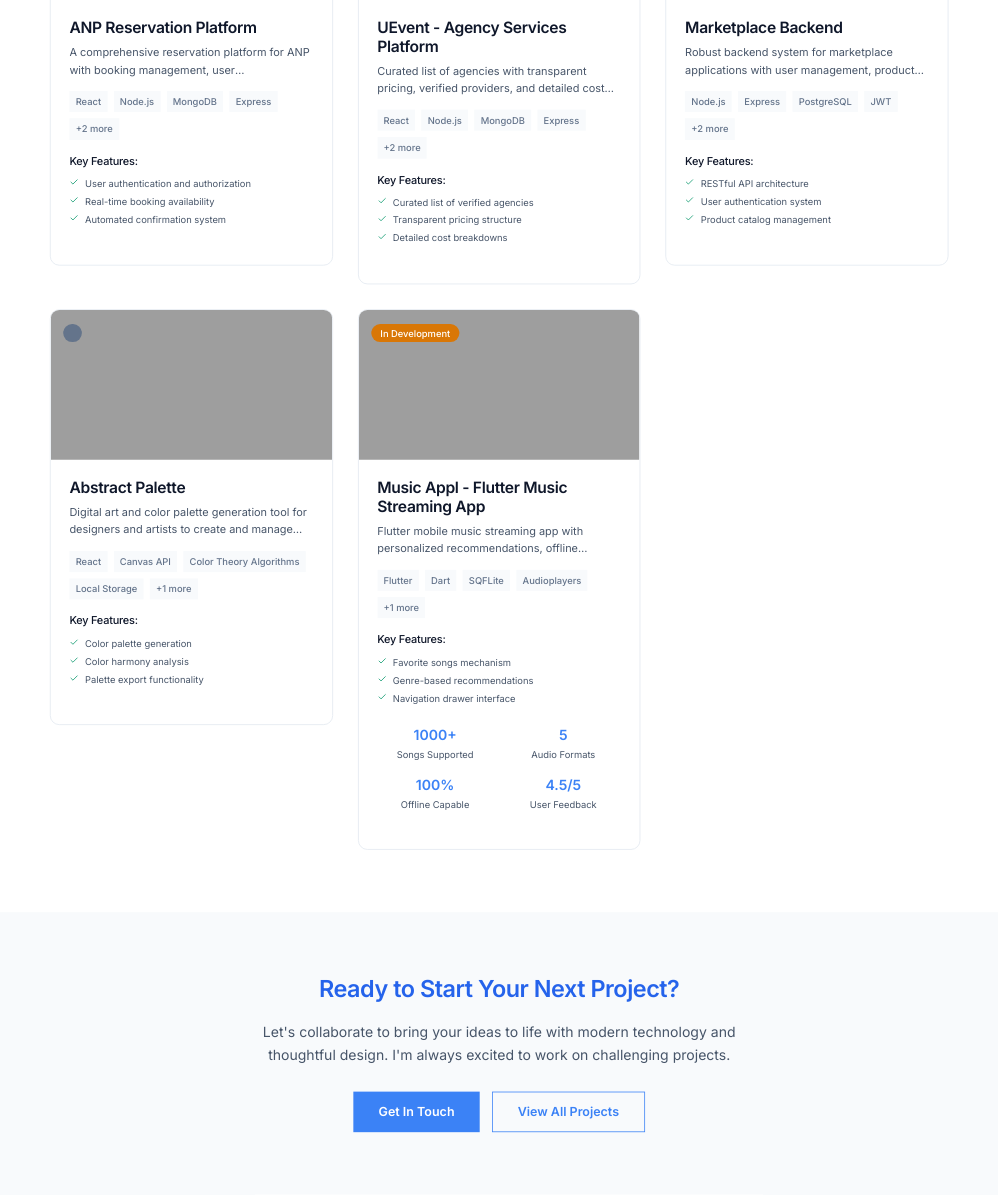
Repository: ayaaas/portflio_aya
Page: /projects-curated-case-studies
The author's editor kept a copy of each file at every save. The page is drawn from the files as they stood at one save, then again after the next save.
The browser window is 1280 px wide. The pictures show the part of the page from y = 879 to 2411 px (the page is 2411 px tall before and 2275 px after), at 78% of full size.
Pictures or frames that could not be fetched are drawn as grey boxes. The project was rebuilt for these pictures with package versions that can differ from the ones it lists, and the page was loaded fresh each time. Also part of the build but not shown: vite.config.mjs, src/components/ErrorBoundary.jsx, src/pages/hero-section-developer-portfolio/components/ProfileImage.jsx, src/pages/hero-section-developer-portfolio/components/AnimatedText.jsx, src/pages/hero-section-developer-portfolio/components/HeroContent.jsx, src/pages/hero-section-developer-portfolio/components/BackgroundPattern.jsx, src/pages/hero-section-developer-portfolio/components/ScrollIndicator.jsx, src/pages/hero-section-developer-portfolio/index.jsx and 24 more.

Above is the page before, as saved 2025-07-19 00:01:45.

### index.html
<!doctype html>
<html lang="en">

<head>
  <meta charset="utf-8" />
  <title>anam-aya-portfolio</title>
  <meta name="viewport" content="width=device-width, initial-scale=1.0" />
  <meta name="theme-color" content="#000000" />
  <meta name="description" content="Web site created using create-react-app" />
  <link rel="icon" href="/favicon.ico" />
  <link rel="manifest" href="/manifest.json" />
<script type="module" src="https://static.rocket.new/rocket-web.js?_cfg=https%3A%2F%2Fanamayap2173back.builtwithrocket.new&_be=https%3A%2F%2Fapplication.rocket.new&_v=0.1.6"></script>
</head>

<body>
  <noscript>You need to enable JavaScript to run this app.</noscript>
  <div class="dhiwise-code" id="root"></div>
  <script type="module" src="/src/index.jsx"></script>
</body>

</html>

### src/Routes.jsx
import React from "react";
import { BrowserRouter, Routes as RouterRoutes, Route } from "react-router-dom";
import ScrollToTop from "components/ScrollToTop";
import ErrorBoundary from "components/ErrorBoundary";
// Add your imports here
import HeroSectionDeveloperPortfolio from "pages/hero-section-developer-portfolio";
import AboutMePersonalNarrative from "pages/about-me-personal-narrative";
import ToolsProfessionalWorkflowDisplay from "pages/tools-professional-workflow-display";
import ContactCommunicationPortal from "pages/contact-communication-portal";
import TechnologiesInteractiveStackShowcase from "pages/technologies-interactive-stack-showcase";
import ProjectsCuratedCaseStudies from "pages/projects-curated-case-studies";
import NotFound from "pages/NotFound";

const Routes = () => {
  return (
    <BrowserRouter>
      <ErrorBoundary>
      <ScrollToTop />
      <RouterRoutes>
        {/* Define your routes here */}
        <Route path="/" element={<HeroSectionDeveloperPortfolio />} />
        <Route path="/hero-section-developer-portfolio" element={<HeroSectionDeveloperPortfolio />} />
        <Route path="/about-me-personal-narrative" element={<AboutMePersonalNarrative />} />
        <Route path="/tools-professional-workflow-display" element={<ToolsProfessionalWorkflowDisplay />} />
        <Route path="/contact-communication-portal" element={<ContactCommunicationPortal />} />
        <Route path="/technologies-interactive-stack-showcase" element={<TechnologiesInteractiveStackShowcase />} />
        <Route path="/projects-curated-case-studies" element={<ProjectsCuratedCaseStudies />} />
        <Route path="*" element={<NotFound />} />
      </RouterRoutes>
      </ErrorBoundary>
    </BrowserRouter>
  );
};

export default Routes;

### src/pages/projects-curated-case-studies/index.jsx
import React, { useState, useEffect } from 'react';
import { motion } from 'framer-motion';
import Header from '../../components/ui/Header';
import ProjectCard from './components/ProjectCard';
import ProjectModal from './components/ProjectModal';
import ProjectFilter from './components/ProjectFilter';
import ProjectStats from './components/ProjectStats';

const ProjectsCuratedCaseStudies = () => {
  const [selectedProject, setSelectedProject] = useState(null);
  const [isModalOpen, setIsModalOpen] = useState(false);
  const [activeCategory, setActiveCategory] = useState('All');
  const [filteredProjects, setFilteredProjects] = useState([]);
  const [currentProjectIndex, setCurrentProjectIndex] = useState(0);

  // Real project data - only 6 projects as per user's actual work
  const projects = [
    {
      id: 1,
      title: "ANP Reservation Platform",
      category: "Web Application",
      description: "A comprehensive reservation platform for ANP with booking management, user authentication, and real-time availability tracking.",
      detailedDescription: "ANP Reservation Platform is a full-stack web application designed to streamline the booking process for ANP services. Features include user authentication, real-time availability checking, booking management, and automated confirmation systems.",
      image: "https://images.unsplash.com/photo-1556742049-0cfed4f6a45d?w=800&h=600&fit=crop",
      additionalImages: [
        "https://images.unsplash.com/photo-1563013544-824ae1b704d3?w=400&h=300&fit=crop",
        "https://images.unsplash.com/photo-1556742111-a301076d9d18?w=400&h=300&fit=crop"
      ],
      technologies: ["React", "Node.js", "MongoDB", "Express", "JWT", "Tailwind CSS"],
      keyFeatures: [
        "User authentication and authorization",
        "Real-time booking availability",
        "Automated confirmation system",
        "Booking management dashboard",
        "Responsive design",
        "Secure payment processing"
      ],


    },
    {
      id: 2,
      title: "UEvent - Agency Services Platform",
      category: "Service Platform",
      description: "Curated list of agencies with transparent pricing, verified providers, and detailed cost breakdowns to avoid hidden fees.",
      detailedDescription: "UEvent is a B2C service platform connecting clients with verified agencies. Features transparent pricing with detailed cost breakdowns, verified provider listings, and a dedicated platform for agencies to showcase their work and attract potential clients.",
      image: "https://images.unsplash.com/photo-1611224923853-80b023f02d71?w=800&h=600&fit=crop",
      additionalImages: [
        "https://images.unsplash.com/photo-1552664730-d307ca884978?w=400&h=300&fit=crop",
        "https://images.unsplash.com/photo-1460925895917-afdab827c52f?w=400&h=300&fit=crop"
      ],
      technologies: ["React", "Node.js", "MongoDB", "Express", "Stripe", "Tailwind CSS"],
      keyFeatures: [
        "Curated list of verified agencies",
        "Transparent pricing structure",
        "Detailed cost breakdowns",
        "Agency portfolio showcase",
        "Client review system",
        "Secure payment processing",
        "Enhanced client acquisition tools",
        "Reputation management system"
      ],


    },
    {
      id: 3,
      title: "Marketplace Backend",
      category: "Backend System",
      description: "Robust backend system for marketplace applications with user management, product catalog, and order processing capabilities.",
      detailedDescription: "A comprehensive backend system designed for marketplace applications. Features include user authentication, product management, order processing, payment integration, and real-time notifications.",
      image: "https://images.unsplash.com/photo-1611162617474-5b21e879e113?w=800&h=600&fit=crop",
      additionalImages: [
        "https://images.unsplash.com/photo-1522202176988-66273c2fd55f?w=400&h=300&fit=crop",
        "https://images.unsplash.com/photo-1573164713714-d95e436ab8d6?w=400&h=300&fit=crop"
      ],
      technologies: ["Node.js", "Express", "PostgreSQL", "JWT", "Stripe API", "Socket.io"],
      keyFeatures: [
        "RESTful API architecture",
        "User authentication system",
        "Product catalog management",
        "Order processing system",
        "Payment integration",
        "Real-time notifications",
        "Database optimization",
        "Security middleware"
      ],

    },
    {
      id: 4,
      title: "Abstract Palette",
      category: "Creative Tool",
      description: "Digital art and color palette generation tool for designers and artists to create and manage color schemes.",
      detailedDescription: "Abstract Palette is a creative tool designed for digital artists and designers. It provides advanced color palette generation, color harmony analysis, and palette management features.",
      image: "https://images.unsplash.com/photo-1554224155-6726b3ff858f?w=800&h=600&fit=crop",
      additionalImages: [
        "https://images.unsplash.com/photo-1579621970563-ebec7560ff3e?w=400&h=300&fit=crop",
        "https://images.unsplash.com/photo-1551288049-bebda4e38f71?w=400&h=300&fit=crop"
      ],
      technologies: ["React", "Canvas API", "Color Theory Algorithms", "Local Storage", "CSS3"],
      keyFeatures: [
        "Color palette generation",
        "Color harmony analysis",
        "Palette export functionality",
        "Color accessibility checker",
        "Gradient generator",
        "Color picker tools",
        "Save and organize palettes",
        "Mobile-responsive design"
      ],

    },

    {
      id: 6,
      title: "Music Appl - Flutter Music Streaming App",
      category: "Mobile App",
      description: "Flutter mobile music streaming app with personalized recommendations, offline storage, and seamless audio playback.",
      detailedDescription: "Music Appl is a Flutter mobile music streaming app designed for personalized listening experiences. Features include favorite mechanism, recommendation system based on genres, navigation drawer, light/dark themes, SQFLite for offline storage, and audioplayers for seamless playback.",
      image: "https://images.unsplash.com/photo-1493225457124-a3eb161ffa5f?w=800&h=600&fit=crop",
      additionalImages: [
        "https://images.unsplash.com/photo-1514320291840-2e0a9bf2a9ae?w=400&h=300&fit=crop",
        "https://images.unsplash.com/photo-1487180144351-b8472da7d491?w=400&h=300&fit=crop"
      ],
      technologies: ["Flutter", "Dart", "SQFLite", "Audioplayers", "Material Design"],
      keyFeatures: [
        "Favorite songs mechanism",
        "Genre-based recommendations",
        "Navigation drawer interface",
        "Light and dark themes",
        "Offline music storage with SQFLite",
        "Seamless audio playback",
        "Play, pause, stop controls",
        "Background audio playback",
        "Multiple audio format support",
        "Playlist creation (in development)",
        "User login system (planned)",
        "Social sharing (planned)"
      ],
      status: "In Development",
      metrics: [
        { value: "1000+", label: "Songs Supported" },
        { value: "5", label: "Audio Formats" },
        { value: "100%", label: "Offline Capable" },
        { value: "4.5/5", label: "User Feedback" }
      ]
    }
  ];

  // Project statistics - updated to reflect actual 6 projects
  const projectStats = [
    { icon: "Code", value: "6", label: "Projects Completed" },
    { icon: "Clock", value: "2", label: "Years Experience" }


  ];

  // Get unique categories
  const categories = [...new Set(projects.map(project => project.category))];

  // Filter projects based on active category
  useEffect(() => {
    if (activeCategory === 'All') {
      setFilteredProjects(projects);
    } else {
      setFilteredProjects(projects.filter(project => project.category === activeCategory));
    }
  }, [activeCategory]);

  // Auto-scroll projects every 30 seconds
  useEffect(() => {
    const interval = setInterval(() => {
      setCurrentProjectIndex((prevIndex) => (prevIndex + 1) % projects.length);
    }, 30000);

    return () => clearInterval(interval);
  }, [projects.length]);

  const handleViewDetails = (project) => {
    setSelectedProject(project);
    setIsModalOpen(true);
  };

  const handleCloseModal = () => {
    setIsModalOpen(false);
    setSelectedProject(null);
  };

  const handleCategoryChange = (category) => {
    setActiveCategory(category);
  };

  return (
    <div className="min-h-screen bg-background">
      <Header />

      {/* Hero Section */}
      <section className="pt-24 pb-16 px-6 lg:px-8">
        <div className="max-w-6xl mx-auto text-center">
          <motion.div
            initial={{ opacity: 0, y: 30 }}
            animate={{ opacity: 1, y: 0 }}
            transition={{ duration: 0.8 }}
          >
            <h1 className="text-4xl md:text-5xl font-bold text-blue-600 mb-6">
              Curated Case Studies
            </h1>
            <p className="text-xl text-text-secondary max-w-3xl mx-auto leading-relaxed">
              Explore my portfolio of 6 real applications that demonstrate technical expertise,
              problem-solving capabilities, and real-world impact across diverse domains.
            </p>
          </motion.div>
        </div>
      </section>

      {/* Project Statistics */}
      <section className="pb-16 px-6 lg:px-8">
        <div className="max-w-6xl mx-auto">
          <motion.div
            initial={{ opacity: 0, y: 30 }}
            animate={{ opacity: 1, y: 0 }}
            transition={{ duration: 0.8, delay: 0.2 }}
          >
            <ProjectStats stats={projectStats} />
          </motion.div>
        </div>
      </section>

      {/* Project Filter */}
      <section className="pb-8 px-6 lg:px-8">
        <div className="max-w-6xl mx-auto">
          <motion.div
            initial={{ opacity: 0, y: 30 }}
            animate={{ opacity: 1, y: 0 }}
            transition={{ duration: 0.8, delay: 0.4 }}
          >
            <ProjectFilter
              categories={categories}
              activeCategory={activeCategory}
              onCategoryChange={handleCategoryChange}
            />
          </motion.div>
        </div>
      </section>

      {/* Projects Grid */}
      <section className="pb-20 px-6 lg:px-8">
        <div className="max-w-6xl mx-auto">
          <motion.div
            initial={{ opacity: 0 }}
            animate={{ opacity: 1 }}
            transition={{ duration: 0.8, delay: 0.6 }}
            className="grid grid-cols-1 md:grid-cols-2 lg:grid-cols-3 gap-8"
          >
            {filteredProjects.map((project, index) => (
              <motion.div
                key={project.id}
                initial={{ opacity: 0, y: 30 }}
                animate={{ opacity: 1, y: 0 }}
                transition={{ duration: 0.6, delay: index * 0.1 }}
              >
                <ProjectCard
                  project={project}
                  onViewDetails={handleViewDetails}
                />
              </motion.div>
            ))}
          </motion.div>
        </div>
      </section>

      {/* Call to Action */}
      <section className="py-20 px-6 lg:px-8 bg-muted">
        <div className="max-w-4xl mx-auto text-center">
          <motion.div
            initial={{ opacity: 0, y: 30 }}
            animate={{ opacity: 1, y: 0 }}
            transition={{ duration: 0.8 }}
          >
            <h2 className="text-3xl font-bold text-blue-600 mb-6">
              Ready to Start Your Next Project?
            </h2>
            <p className="text-lg text-text-secondary mb-8 max-w-2xl mx-auto">
              Let's collaborate to bring your ideas to life with modern technology
              and thoughtful design. I'm always excited to work on challenging projects.
            </p>
            <div className="flex flex-col sm:flex-row gap-4 justify-center">
              <button
                onClick={() => window.location.href = '/contact-communication-portal'}
                className="px-8 py-3 bg-accent text-accent-foreground rounded-lg font-semibold hover-lift transition-all-300 flex items-center justify-center space-x-2"
              >
                <span>Get In Touch</span>
              </button>
              <button
                onClick={() => window.open('https://github.com/anamaya', '_blank')}
                className="px-8 py-3 border border-accent text-accent rounded-lg font-semibold hover-lift transition-all-300 flex items-center justify-center space-x-2"
              >
                <span>View All Projects</span>
              </button>
            </div>
          </motion.div>
        </div>
      </section>

      {/* Project Modal */}
      <ProjectModal
        project={selectedProject}
        isOpen={isModalOpen}
        onClose={handleCloseModal}
      />
    </div>
  );
};

export default ProjectsCuratedCaseStudies;

### src/components/ui/Button.jsx
import React from 'react';
import { Slot } from "@radix-ui/react-slot";
import { cva } from "class-variance-authority";
import { cn } from "../../utils/cn";
import Icon from '../AppIcon';

const buttonVariants = cva(
    "inline-flex items-center justify-center whitespace-nowrap rounded-md text-sm font-medium ring-offset-background transition-colors focus-visible:outline-none focus-visible:ring-2 focus-visible:ring-ring focus-visible:ring-offset-2 disabled:pointer-events-none disabled:opacity-50",
    {
        variants: {
            variant: {
                default: "bg-primary text-primary-foreground hover:bg-primary/90",
                destructive: "bg-destructive text-destructive-foreground hover:bg-destructive/90",
                outline: "border border-input hover:bg-accent hover:text-accent-foreground",
                secondary: "bg-secondary text-secondary-foreground hover:bg-secondary/80",
                ghost: "hover:bg-accent hover:text-accent-foreground",
                link: "text-primary underline-offset-4 hover:underline",
                success: "bg-success text-success-foreground hover:bg-success/90",
                warning: "bg-warning text-warning-foreground hover:bg-warning/90",
                danger: "bg-error text-error-foreground hover:bg-error/90",
            },
            size: {
                default: "h-10 px-4 py-2",
                sm: "h-9 rounded-md px-3",
                lg: "h-11 rounded-md px-8",
                icon: "h-10 w-10",
                xs: "h-8 rounded-md px-2 text-xs",
                xl: "h-12 rounded-md px-10 text-base",
            },
        },
        defaultVariants: {
            variant: "default",
            size: "default",
        },
    }
);

const Button = React.forwardRef(({
    className,
    variant,
    size,
    asChild = false,
    children,
    loading = false,
    iconName = null,
    iconPosition = 'left',
    iconSize = null,
    fullWidth = false,
    disabled = false,
    ...props
}, ref) => {
    const Comp = asChild ? Slot : "button";

    // Icon size mapping based on button size
    const iconSizeMap = {
        xs: 12,
        sm: 14,
        default: 16,
        lg: 18,
        xl: 20,
        icon: 16,
    };

    const calculatedIconSize = iconSize || iconSizeMap[size] || 16;

    // Loading spinner
    const LoadingSpinner = () => (
        <svg className="animate-spin -ml-1 mr-2 h-4 w-4" fill="none" viewBox="0 0 24 24">
            <circle className="opacity-25" cx="12" cy="12" r="10" stroke="currentColor" strokeWidth="4" />
            <path className="opacity-75" fill="currentColor" d="M4 12a8 8 0 018-8V0C5.373 0 0 5.373 0 12h4zm2 5.291A7.962 7.962 0 014 12H0c0 3.042 1.135 5.824 3 7.938l3-2.647z" />
        </svg>
    );

    // Icon rendering
    const renderIcon = () => {
        if (!iconName) return null;

        return (
            <Icon
                name={iconName}
                size={calculatedIconSize}
                className={cn(
                    children && iconPosition === 'left' && "mr-2",
                    children && iconPosition === 'right' && "ml-2"
                )}
            />
        );
    };

    return (
        <Comp
            className={cn(
                buttonVariants({ variant, size, className }),
                fullWidth && "w-full"
            )}
            ref={ref}
            disabled={disabled || loading}
            {...props}
        >
            {loading && <LoadingSpinner />}
            {iconName && iconPosition === 'left' && renderIcon()}
            {children}
            {iconName && iconPosition === 'right' && renderIcon()}
        </Comp>
    );
});

Button.displayName = "Button";

export default Button;

### src/pages/projects-curated-case-studies/components/ProjectFilter.jsx
import React from 'react';
import Button from '../../../components/ui/Button';

const ProjectFilter = ({ categories, activeCategory, onCategoryChange }) => {
  return (
    <div className="flex flex-wrap gap-2 justify-center mb-12">
      <Button
        variant={activeCategory === 'All' ? 'default' : 'outline'}
        size="sm"
        onClick={() => onCategoryChange('All')}
        className="transition-all-300"
      >
        All Projects
      </Button>
      {categories.map((category) => (
        <Button
          key={category}
          variant={activeCategory === category ? 'default' : 'outline'}
          size="sm"
          onClick={() => onCategoryChange(category)}
          className="transition-all-300"
        >
          {category}
        </Button>
      ))}
    </div>
  );
};

export default ProjectFilter;

### src/pages/projects-curated-case-studies/components/ProjectStats.jsx
import React from 'react';
import Icon from '../../../components/AppIcon';

const ProjectStats = ({ stats }) => {
  return (
    <div className="grid grid-cols-2 md:grid-cols-4 gap-6 mb-16">
      {stats.map((stat, index) => (
        <div key={index} className="text-center">
          <div className="w-16 h-16 bg-accent/10 rounded-full flex items-center justify-center mx-auto mb-4">
            <Icon name={stat.icon} size={24} className="text-accent" />
          </div>
          <div className="text-2xl font-bold text-text-primary mb-1">{stat.value}</div>
          <div className="text-sm text-text-secondary">{stat.label}</div>
        </div>
      ))}
    </div>
  );
};

export default ProjectStats;

Loaded but not shown: src/index.jsx (common file); src/App.jsx (common file); src/styles/tailwind.css (library); src/styles/index.css (common file); src/components/ScrollToTop.jsx (common file); src/components/AppIcon.jsx (common file); src/components/AppImage.jsx (common file); src/utils/cn.js (common file); tailwind.config.js (148 lines, source omitted); src/components/ui/Header.jsx (183 lines, source omitted); src/pages/projects-curated-case-studies/components/ProjectCard.jsx (118 lines, source omitted)

After the next save:
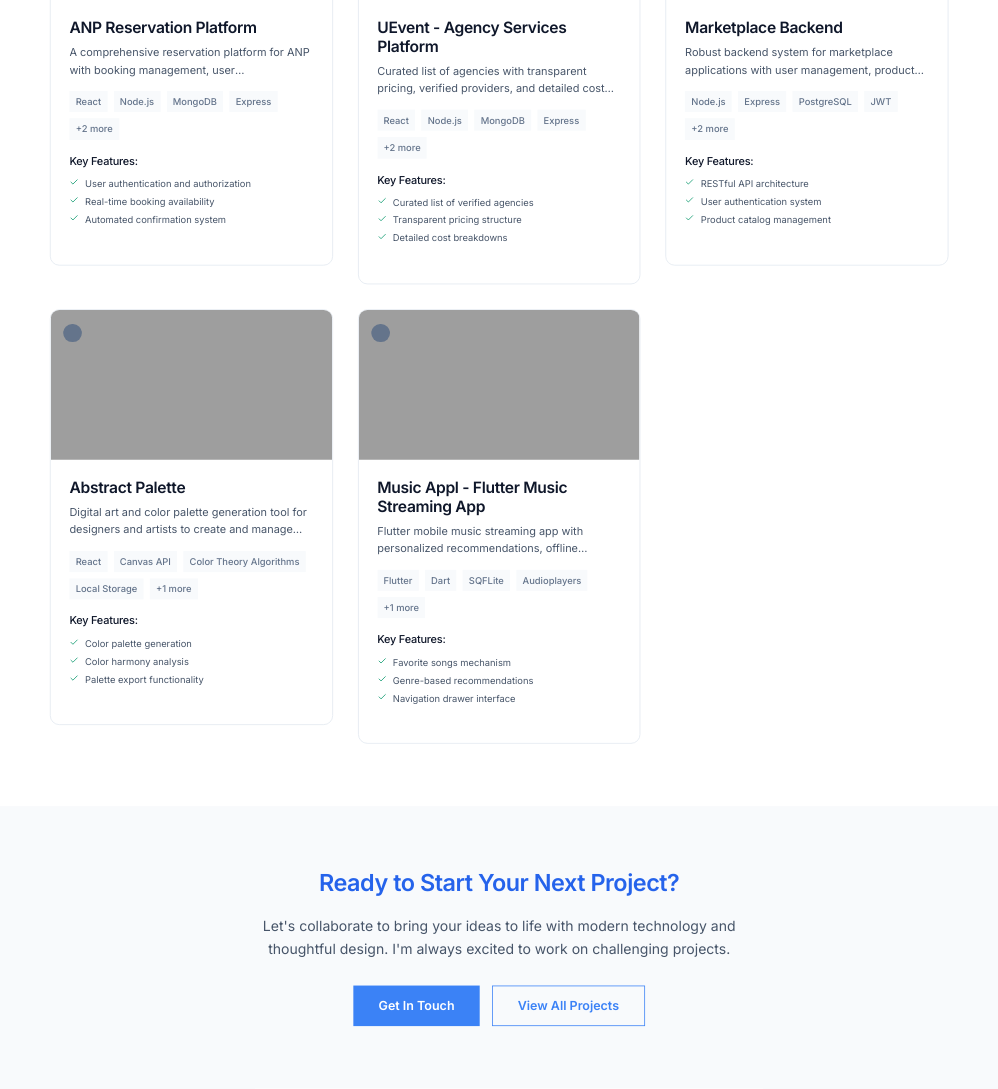
Saved 15 s later.
--- a/src/pages/projects-curated-case-studies/index.jsx
+++ b/src/pages/projects-curated-case-studies/index.jsx
@@ -138,13 +138,7 @@ const ProjectsCuratedCaseStudies = () => {
         "User login system (planned)",
         "Social sharing (planned)"
       ],
-      status: "In Development",
-      metrics: [
-        { value: "1000+", label: "Songs Supported" },
-        { value: "5", label: "Audio Formats" },
-        { value: "100%", label: "Offline Capable" },
-        { value: "4.5/5", label: "User Feedback" }
-      ]
+
     }
   ];
 
